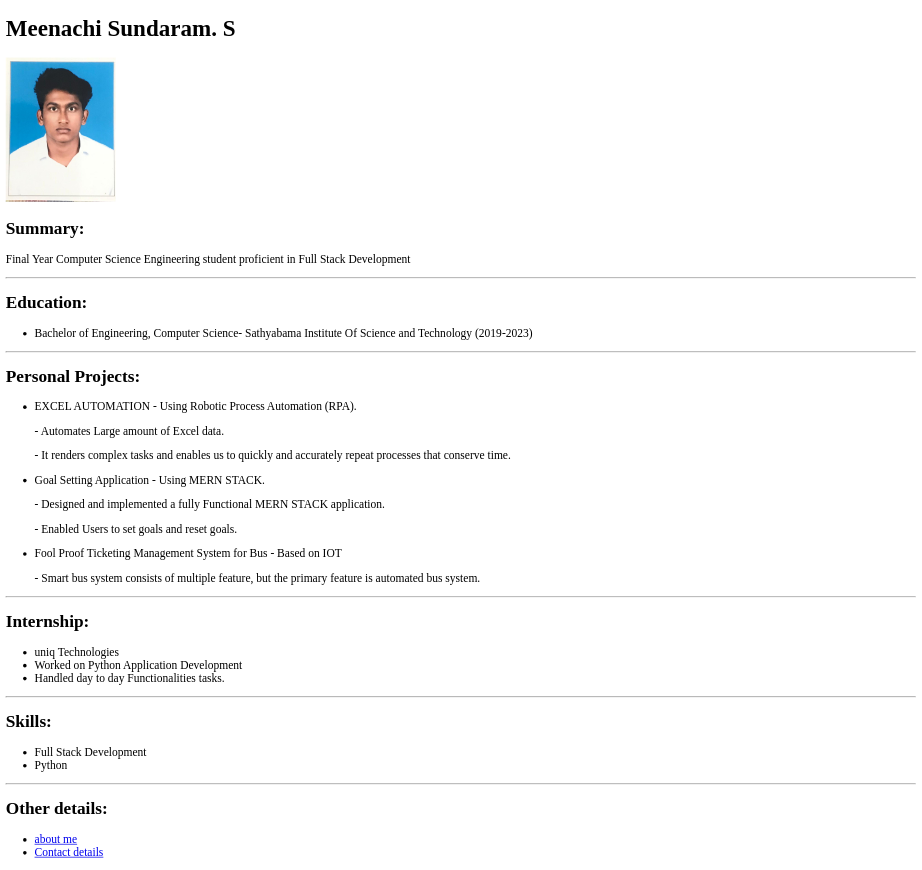
Repository: MeenachiSUNDARAM7/web-dev-projects
Page: resume page/index.html
An editor plug-in stored every save of this project. The page is shown before and after the next save, followed by the edit.
The browser window is 1280 px wide. The pictures show the whole page, at 72% of full size.

Above is the page before, as saved 2023-07-18 21:06:05.

### resume page/index.html
<!DOCTYPE html>
<html lang="en">
<head>
    <meta charset="UTF-8">
    <title>My Resume</title>
</head>
<body>
    <h1>Meenachi Sundaram. S</h1>
    <img src="./Resumepic.jpeg" height="200" alt="profile photo"/>
    <h2>Summary:</h2>
    <p>Final Year Computer Science Engineering student proficient in Full Stack Development</p>
    <hr />
    <h2>Education:</h2>
    <ul>
        <li>Bachelor of Engineering, Computer Science- Sathyabama Institute Of Science and Technology (2019-2023)</li>
    </ul>
    <hr />
    <h2>Personal Projects:</h2>
    <ul>
        <li>EXCEL AUTOMATION - Using Robotic Process
            Automation (RPA).
            <p> - Automates Large amount of Excel data.</p>
            <p> - It renders complex tasks and enables us to quickly and accurately
            repeat processes that conserve time.</p>
        </li>
        <li>
            Goal Setting Application - Using MERN STACK.
            <p>- Designed and implemented a fully Functional MERN STACK
            application.</p>
            <p>- Enabled Users to set goals and reset goals.</p>
        </li>
        <li>
            Fool Proof Ticketing Management System for Bus - Based on IOT
            <p>- Smart bus system consists of multiple feature, but the primary
            feature is automated bus system.</p>
        </li>
    </ul>
    <hr />
    <h2>Internship:</h2>
    <ul>
        <li>uniq Technologies</li>
        <li>Worked on Python Application Development</li>
        <li>Handled day to day Functionalities tasks.</li>
    </ul>
    <hr />
    <h2>Skills:</h2>
    <ul>
        <li>Full Stack Development</li>
        <li>Python</li>
    </ul>
    <hr />
    <h2>Other details:</h2>
    <ul>
        <li><a href="./about.html">about me</a></li>
        <li><a href="./contact.html">Contact details</a></li>
    </ul>


</body>
</html>

### resume page/style.css
.gradient-background {
	background: linear-gradient(-45deg, #ee7752, #e73c7e, #23a6d5, #23d5ab);
	background-size: 400% 400%;
	animation: gradient 15s ease infinite;
}

@keyframes gradient {
	0% {
		background-position: 0% 50%;
	}
	50% {
		background-position: 100% 50%;
	}
	100% {
		background-position: 0% 50%;
	}
}

After the next save:
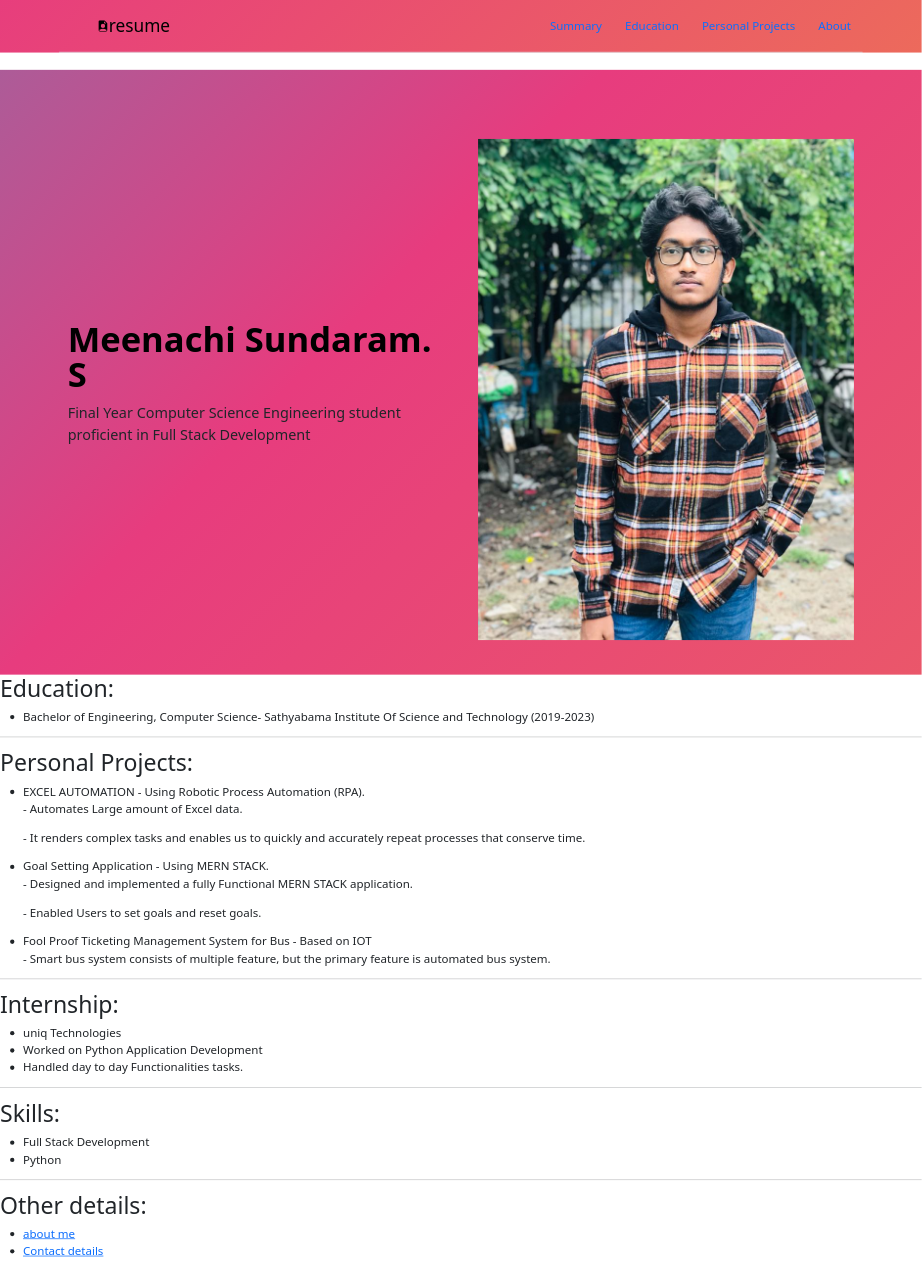
Saved 3 s later.
--- a/resume page/index.html
+++ b/resume page/index.html
@@ -3,18 +3,50 @@
 <head>
     <meta charset="UTF-8">
     <title>My Resume</title>
+    <link href="https://cdn.jsdelivr.net/npm/bootstrap@5.3.0/dist/css/bootstrap.min.css" rel="stylesheet" integrity="sha384-9ndCyUaIbzAi2FUVXJi0CjmCapSmO7SnpJef0486qhLnuZ2cdeRhO02iuK6FUUVM" crossorigin="anonymous">
+    <link rel="stylesheet" href="./style.css">
 </head>
 <body>
-    <h1>Meenachi Sundaram. S</h1>
-    <img src="./Resumepic.jpeg" height="200" alt="profile photo"/>
-    <h2>Summary:</h2>
-    <p>Final Year Computer Science Engineering student proficient in Full Stack Development</p>
-    <hr />
+    <section id="navbar" class="gradient-background">
+    <div class="container">
+        <header class="d-flex flex-wrap justify-content-center py-3 mb-4 border-bottom">
+          <a href="/" class="d-flex align-items-center mb-3 mb-md-0 me-md-auto link-body-emphasis text-decoration-none">
+            <svg class="bi me-2" width="45" height="32"><use xlink:href="#bootstrap"></use></svg>
+            <svg xmlns="http://www.w3.org/2000/svg" width="16" height="16" fill="currentColor" class="bi bi-file-earmark-person-fill" viewBox="0 0 16 16">
+                <path d="M9.293 0H4a2 2 0 0 0-2 2v12a2 2 0 0 0 2 2h8a2 2 0 0 0 2-2V4.707A1 1 0 0 0 13.707 4L10 .293A1 1 0 0 0 9.293 0zM9.5 3.5v-2l3 3h-2a1 1 0 0 1-1-1zM11 8a3 3 0 1 1-6 0 3 3 0 0 1 6 0zm2 5.755V14a1 1 0 0 1-1 1H4a1 1 0 0 1-1-1v-.245S4 12 8 12s5 1.755 5 1.755z"/>
+              </svg><span class="fs-4">resume</span>
+          </a>
+
+          <ul class="nav nav-pills">
+            <li class="nav-item"><a href="#" class="nav-link">Summary</a></li>
+            <li class="nav-item"><a href="#" class="nav-link">Education</a></li>
+            <li class="nav-item"><a href="#" class="nav-link">Personal Projects</a></li>
+            <li class="nav-item"><a href="#" class="nav-link">About</a></li>
+          </ul>
+        </header>
+      </div>
+    </section>
+
+    <section id="namepage" class="gradient-background">
+    <div class="container col-xxl-8 px-4 pt-5">
+        <div class="row flex-lg-row-reverse align-items-center g-5 py-5">
+          <div class="col-10 col-sm-8 col-lg-6">
+            <img src="./images/Portfolio_pic.jpeg" class="d-block mx-lg-auto img-fluid" alt="Bootstrap Themes"  height="300" loading="lazy">
+          </div>
+          <div class="col-lg-6">
+            <h1 class="display-5 fw-bold text-body-emphasis lh-1 mb-3">Meenachi Sundaram. S</h1>
+            <p class="lead">Final Year Computer Science Engineering student proficient in Full Stack Development</p>
+          </div>
+        </div>
+    </div>
+    </section>
+
     <h2>Education:</h2>
     <ul>
         <li>Bachelor of Engineering, Computer Science- Sathyabama Institute Of Science and Technology (2019-2023)</li>
     </ul>
     <hr />
+
     <h2>Personal Projects:</h2>
     <ul>
         <li>EXCEL AUTOMATION - Using Robotic Process
@@ -36,6 +68,7 @@
         </li>
     </ul>
     <hr />
+
     <h2>Internship:</h2>
     <ul>
         <li>uniq Technologies</li>
@@ -49,12 +82,12 @@
         <li>Python</li>
     </ul>
     <hr />
+
     <h2>Other details:</h2>
     <ul>
         <li><a href="./about.html">about me</a></li>
         <li><a href="./contact.html">Contact details</a></li>
     </ul>
-
-
 </body>
+<script src="https://cdn.jsdelivr.net/npm/bootstrap@5.3.0/dist/js/bootstrap.bundle.min.js" integrity="sha384-geWF76RCwLtnZ8qwWowPQNguL3RmwHVBC9FhGdlKrxdiJJigb/j/68SIy3Te4Bkz" crossorigin="anonymous"></script>
 </html>
